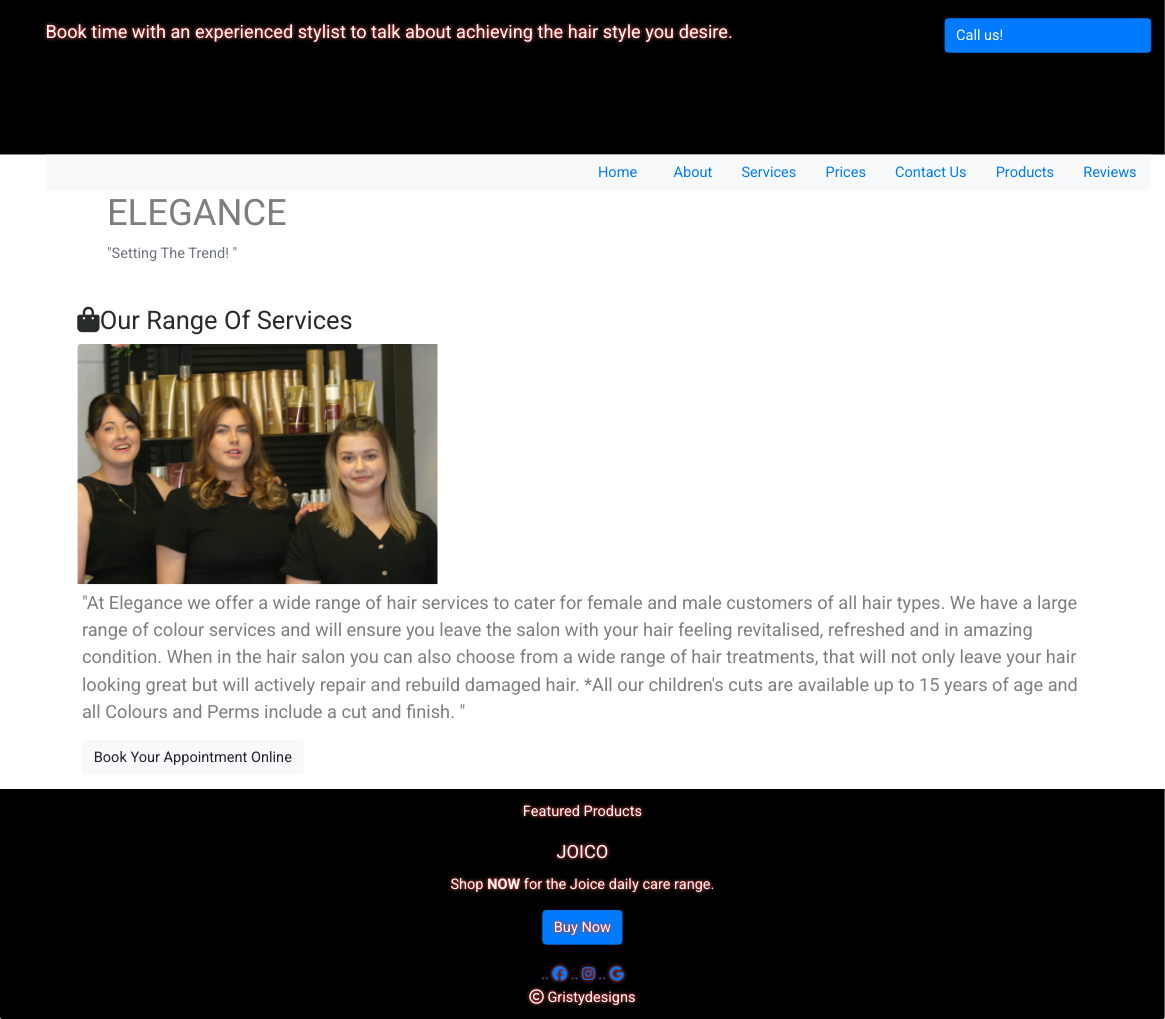
Repository: Gristydesigns/elegance-salon
Page: services.html
The author's editor kept a record of every edit. The page is drawn from the files as they stood at one moment, then again after the next edit.
The browser window is 1280 px wide. The pictures show the whole page, at 91% of full size.
Some web libraries are served in a nearby version.

Above is the page before.
Console error: TypeError: Cannot read properties of undefined (reading 'fn')

### services.html
<!--services page------------------------->
<!DOCTYPE html>
<html lang="en">
<!--Head------------------------->

<head>
    <meta charset="UTF-8">
    <meta name="viewport" content="width=device-width, initial-scale=1.0">
    <meta http-equiv="X-UA-Compatible" content="ie=edge">
    <link rel="stylesheet" href="https://stackpath.bootstrapcdn.com/bootstrap/4.3.1/css/bootstrap.min.css" integrity="sha384-ggOyR0iXCbMQv3Xipma34MD+dH/1fQ784/j6cY/iJTQUOhcWr7x9JvoRxT2MZw1T" crossorigin="anonymous">
    <script src="https://stackpath.bootstrapcdn.com/bootstrap/4.3.1/js/bootstrap.min.js" integrity="sha384-JjSmVgyd0p3pXB1rRibZUAYoIIy6OrQ6VrjIEaFf/nJGzIxFDsf4x0xIM+B07jRM" crossorigin="anonymous"></script>
    <link href="https://fonts.googleapis.com/css?family=Roboto:400,700&display=swap" rel="stylesheet">
    <script src="https://kit.fontawesome.com/d13d47f9ca.js"></script>
    <link rel="stylesheet" href="assets/css/style.css" type="text/css" />
    <title>Elegance Hair Salon Ledbury</title>
</head>
<!--End------------------------->

<body>
    <header>
        <!--callout--------------->
        <section class="container-fluid call-to-action">
            <div class="row">
                <div class="col-12 ">
                    <button class="btn-spinner-grow btn-spinner-grow-sm btn btn-primary btn-md float-right role=" button " >Call us!<a href="tel:+44-1531-635-309 ">+44 (01531) 635-309</a></button>
                <p class="lead ">Book time with an experienced stylist  to talk about achieving the hair style you desire.</p>
                </div>
            </div>
        </section>
        <!--End------------------------->
        <!--Nav Bar--------------------->
        <section class="container-nav nav-bar ">
            <div class="col-12 ">
                    <div class="nav navbar-light bg-light navbar-expand-sm nav-position left>
                    <a href=" # " class="navbar-salon "></a>
                    <button class="navbar-toggler mr-auto " type="button " data-toggle="collapse " data-target="#navbarNavDropdown " aria-controls="navbarNavDropdown " aria-expanded="false " aria-label="Toggle navigation ">
                                <span class="navbar-toggler-icon "></span></button>
                    <div class="collapse navbar-collapse " id="navbarNavDropdown ">

                        <ul class="nav nav-pills ml-auto ">
                            <li class="active nav-item mr-2 "><a class="nav-link Home " href="index.html ">Home</a></li>
                                <li class="nav-item "><a class="nav-link About " href="about.html ">About</a></li>
                                    <li class="nav-item "><a class="nav-link Services " href="services.html ">Services</a></li>
                                        <li class="nav-item "><a class="nav-link Prices " href="prices.html ">Prices</a></li>
                                            <li class="nav-item "><a class="nav-link Contact us " href="contact.html ">Contact Us</a></li>
                                                <li class="nav-item "><a class="nav-link Products " href="products.html ">Products</a></li>
                                                    <li class="nav-item "><a class="nav-link Reviews " href="reviews.html ">Reviews</a></li>
                        </ul>
                    </div>
                </div>
            </div>
            </div>
            </div>
            </div>
            <!--logo------------------------->
            <section class="container logo ">
                <div class=" col-12 col-md-4 ">
                    <h1>ELEGANCE</h1>
                    <p class="text-muted ">
                        <medium>"Setting The Trend! "</medium>
                    </p>
                </div>
                </div>
            </section>
            <!--End------------------------->


    </header>
    <!--End------------------------------>
    <!--feature space---------------------->
    <section class="headliners ">
        <div class="container headliner ">
            <!--feature article 1---------------------->
            <div class="row ">
                <div class="col-12 ">
                    <h3 class="text "><i class="fas fa-shopping-bag "></i>Our Range Of Services </h3>
                    <div class="media-team ">
                        <img src="image/team.JPG " class="img-fluid rounded " alt="Responsive image elegance salon  hair image">
                    </div>
                    <blockquote class="blockquote ">
                        <p>"At Elegance we offer a wide range of hair services to cater for female and male customers of all hair types. We have a large range of colour services and will ensure you leave the salon with your hair feeling revitalised, refreshed
                            and in amazing condition. When in the hair salon you can also choose from a wide range of hair treatments, that will not only leave your hair looking great but will actively repair and rebuild damaged hair. *All our children's
                            cuts are available up to 15 years of age and all Colours and Perms include a cut and finish. "</p>
                        <p><a class="btn btn-md btn-light " href="https://elegance-hair-salon-hair-salon.business.site/ ">Book Your Appointment Online</a></p>
                </div>
                </blockquote>
            </div>
        </div>
        </div>
        </div>
        </div>
        </div>
        </div>
    </section>
    <!--End------------------------->
    <!--footer---------------------->
    <footer>
        <section class="card-footer ">
            <div class="container-fluid footer ">
                Featured Products
            </div>
            <div class="card-body ">
                <h5 class="card-title ">JOICO</h5>
                <p class="card-text ">Shop <strong>NOW</strong> for the Joice daily care range.</p>
                <a href="https://my-salon.shop/?salonname=Elegance&salonlocation=Ledbury " class="btn btn-primary ">Buy Now</a>
            </div>
            <div class="card">
                <div class "row  ">
                    <div class="col-12 ">
                        <a href="https://www.facebook.com/EleganceLedbury/">..
            <i class="fab fa-facebook"></i></a>
                        <a href="https://www.instagram.com/eleganceledbury/">..
            <i class="fab fa-instagram "></i></a>
                        <a href="https://elegance-hair-salon-hair-salon.business.site">..
            <i class=" fab fa-google"></i></a>
                    </div>
                </div>
            </div>
            <div class "row ">
                <div class="col-12 ">
                    <i class="far fa-copyright " 2019 Gristydesigns ">
                        </i>
                        Gristydesigns
                    </div>
                </div>
        </section>
        </footer>
        <script src="https://stackpath.bootstrapcdn.com/bootstrap/4.3.1/js/bootstrap.min.js " integrity="sha384-JjSmVgyd0p3pXB1rRibZUAYoIIy6OrQ6VrjIEaFf/nJGzIxFDsf4x0xIM+B07jRM " crossorigin="anonymous "></script>
        <script src="https://code.jquery.com/jquery-3.3.1.slim.min.js " integrity="sha384-q8i/X+965DzO0rT7abK41JStQIAqVgRVzpbzo5smXKp4YfRvH+8abtTE1Pi6jizo " crossorigin="anonymous "></script>
        <script src="https://cdnjs.cloudflare.com/ajax/libs/popper.js/1.14.7/umd/popper.min.js " integrity="sha384-UO2eT0CpHqdSJQ6hJty5KVphtPhzWj9WO1clHTMGa3JDZwrnQq4sF86dIHNDz0W1 " crossorigin="anonymous "></script>
</body>

</html>
<!--End------------------------->

### assets/css/style.css
@import url('https://fonts.googleapis.com/css?family=Roboto&display=swap 100,200,300,400,500,600,700|Exo 100,200,300,400,500,600,700');
/*---------------------------------colors */

body {
   font-family: 'Roboto', sans-serif;
   margin-left: 0;
   margin-right: 0;
  -webkit-background-size: cover;
  -moz-background-size: cover;
  -o-background-size: cover;
   background-size: cover;

}
/*---------------------------------call out */

.call-to-action {
    height:170px;
    width: 100%;
    background-color: black;
    font-size:20px;
    font-weight: 600px;
    color: #fff;
    text-align: left;
    padding-left:50px;
    padding-top: 20px;
    bottom:5px;
    text-shadow: 0 0 3px #FF0000, 0 0 5px #7e7e7e
   }

   .button {
       padding-top:5;
       padding-bottom:20px;
       padding-left: 5px;
      }
/*---------------------------------nav-container */
.nav-bar{
 background-color: #fff;
 padding-left:35px;
 color:#7e7e7e;
 }

/*---------------------------------Logo */
.logo {
    color:#7e7e7e;
    font-weight: 900px;
    text-shadow: 2px 2px 4px #25292A
    justify-content: left;
    padding-bottom: 30px;
    }
 /*---------------------------------headliner */
 .headliner {
     color:#272B2B;
     justify-content: center;
 }
 .blockquote {
     padding-left: 5px;
     padding-right: 5px;
     color: #7e7e7e;


 }
  /*---------------------------------feature space */
.media {
    height: 325px;
    flex: nowrap;
    width: 325px;
    text-align: right;
    float: left;
 }

.img-fluid {
    max-width: 75%;
    height: auto;
    padding-bottom: 5px;
    padding-right: 20px;
}
.media-team {
  max-width: 50%;
}
   /*---------------------------------Footer */
.card-footer {
    text-align: center;
    background-color: black
    ;
    border-top: 1px solid rgba(0,0,0,.125);
    color: #fff;
    text-shadow: 0 0 3px #FF0000, 0 0 5px #7e7e7e

}
 .card-header {
    background-color:#7e7e7e;
    color:black;
   display: -moz-inline;
}

 .prices {
 color: #7e7e7e;
 background:black;

}
 /*---------------------------------contact card */
.contact-card {
   padding-bottom: 70px;
   color:#7e7e7e

 }

.card {
    background-color: black;
    color:#7e7e7e;
    border-radius: .25rem;
    padding: 0;
}

.carousel-caption{
    color:black;
    text-shadow: 0 0 3px #FF0000, 0 0 5px #7e7e7e
}

After the next edit:
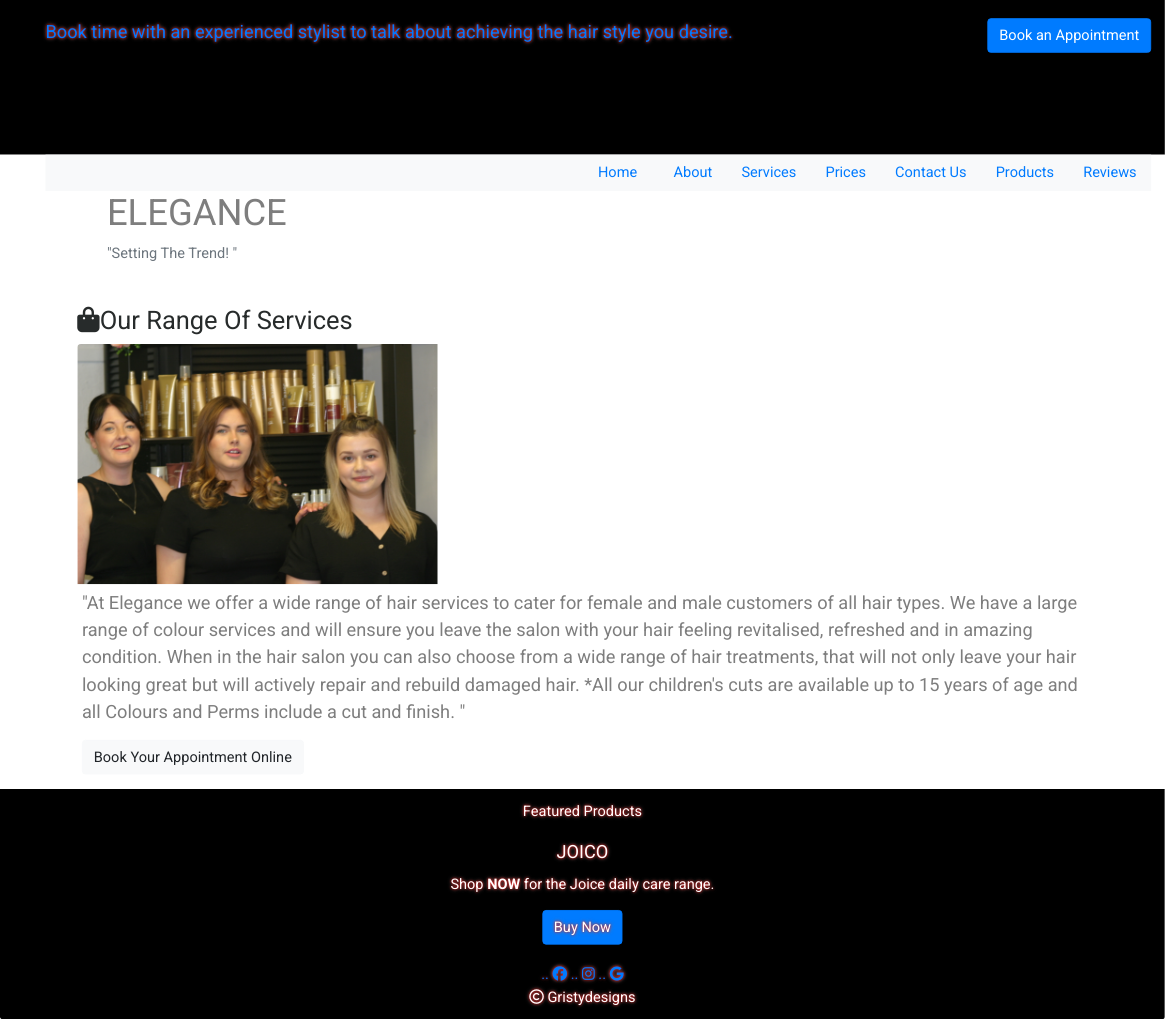
The edit:
--- a/services.html
+++ b/services.html
@@ -22,7 +22,7 @@
         <section class="container-fluid call-to-action">
             <div class="row">
                 <div class="col-12 ">
-                    <button class="btn-spinner-grow btn-spinner-grow-sm btn btn-primary btn-md float-right role=" button " >Call us!<a href="tel:+44-1531-635-309 ">+44 (01531) 635-309</a></button>
+                    <button class="btn-spinner-grow btn-spinner-grow-sm btn btn-primary btn-md float-right role=" button " >Book an Appointment<a href="https://onlinebooking-new.totalsalon.net/?salon=Elegance"</a></button>
                 <p class="lead ">Book time with an experienced stylist  to talk about achieving the hair style you desire.</p>
                 </div>
             </div>
